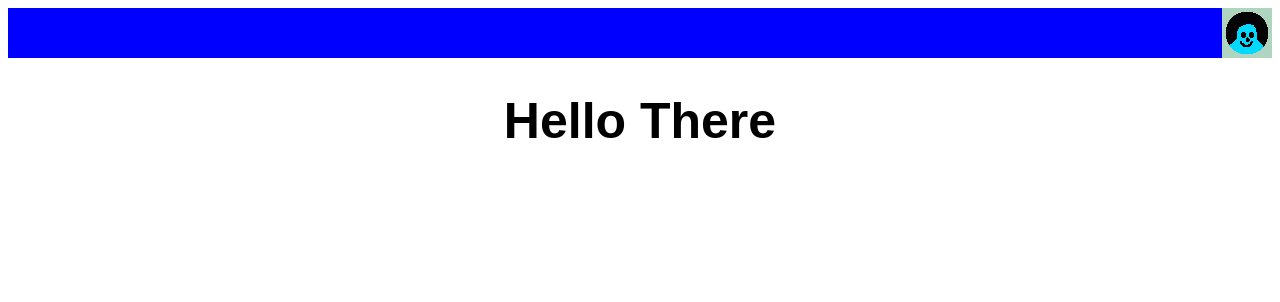
Repository: thecptwaffles/NeonWhiteAssetWebsite
Page: index.html
These files come from the project's save history. The page is drawn as it stood at one moment and after the next save; the edit follows.
The browser window is 1280 px wide. The pictures show the whole page.

Above is the page before, as saved 2022-07-01 13:19:46.

### index.html
<!DOCTYPE html>
<html lang="en">

<head>
    <meta charset="UTF-8">
    <meta http-equiv="X-UA-Compatible" content="IE=edge">
    <meta name="viewport" content="width=device-width, initial-scale=1.0">
    <title>Game Assets Website</title>
    <link rel="stylesheet" href="style.css">
</head>

<body>
    <nav>
        <div class="dropdown">
            <a href="" class="links"></a>
            <a href="" class="links"></a>
            <a href="" class="links"></a>
            <a href="" class="links"></a>
            <a href="" class="links"></a>
        </div>
        <div class="profileIcon">
            <img src="./profile.png" alt="Profile Icon">
        </div>
    </nav>
    <h1 id="welcomeMessage">Hello There</h1>
    <div id="Featured"></div>
    <script src="./app.js"></script>
</body>

</html>

### style.css
:root {
    margin: 0px;
    padding: 0px;
}

.profileIcon {
    display: flex;
    align-items: right;
    justify-content: right;
}

nav {
    background-color: blue;
    margin: 0;
    padding: 0;
}

#welcomeMessage {
    text-align: center;
    font-size: 50px;
    font-family: sans-serif;
}

Loaded but not shown: app.js (no copy from this time; the picture is the same without it)

After the next save:
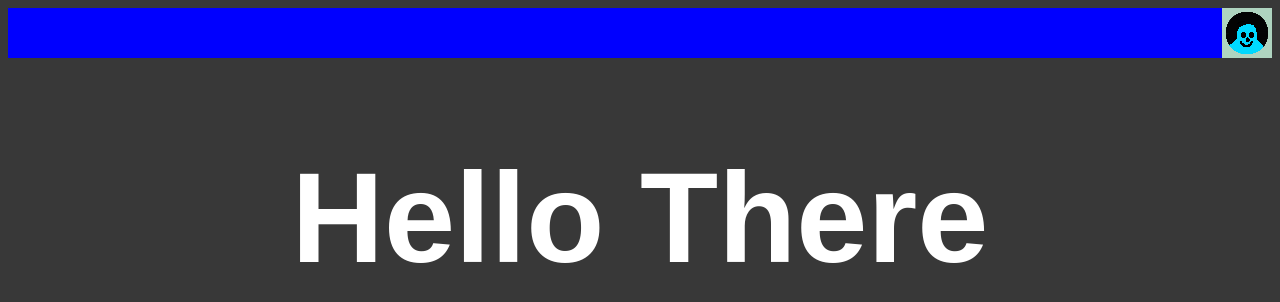
Saved 6 min 24 s later.
--- a/style.css
+++ b/style.css
@@ -1,6 +1,8 @@
 :root {
     margin: 0px;
     padding: 0px;
+    background-color: #383838;
+    color: white;
 }
 
 .profileIcon {
@@ -17,6 +19,6 @@
 
 #welcomeMessage {
     text-align: center;
-    font-size: 50px;
+    font-size: 10vw;
     font-family: sans-serif;
 }
